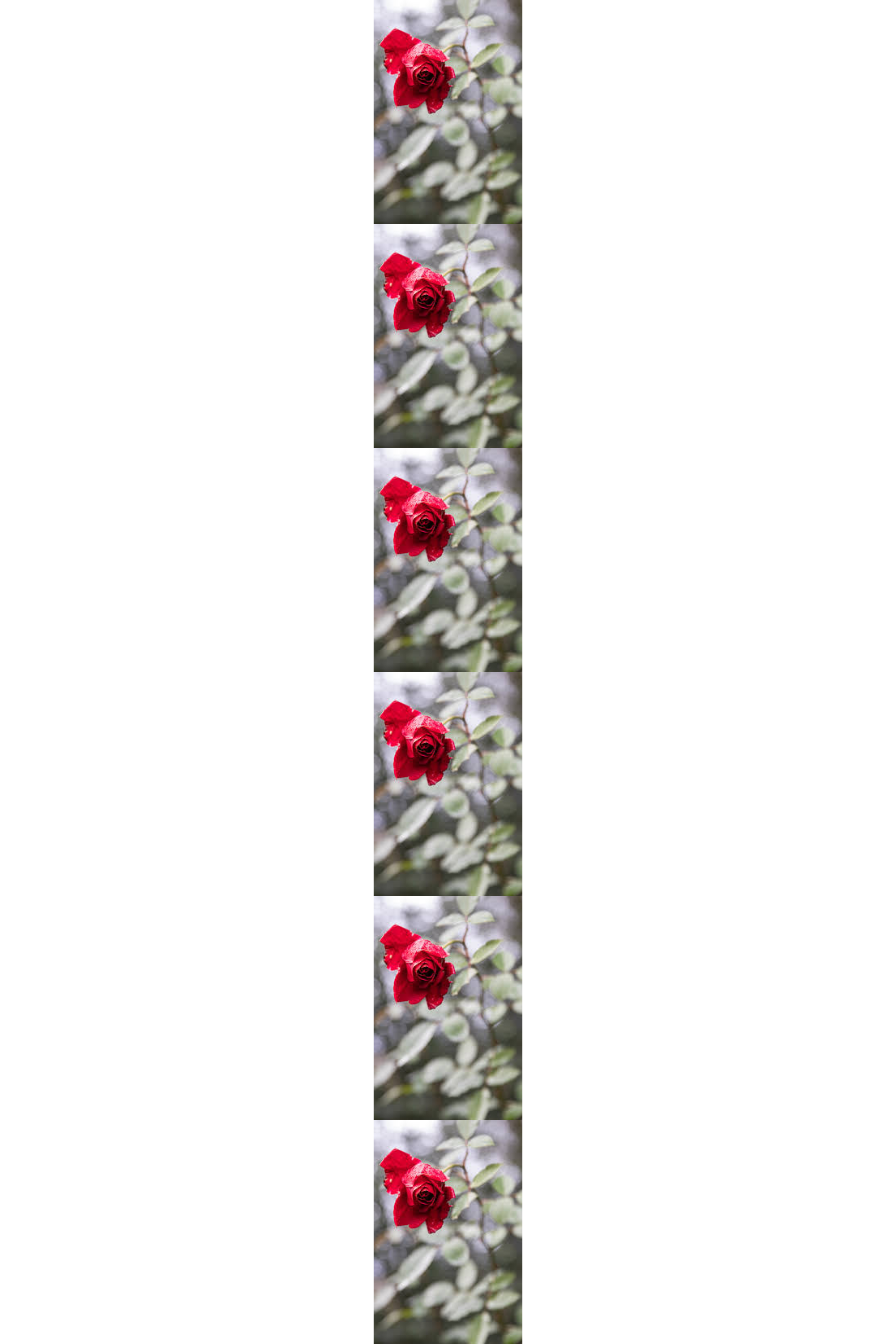
Repository: vakharia5/Preview
Page: /
An editor plug-in stored every save of this project. The page is shown before and after the next save, followed by the edit.
The browser window is 1280 px wide. The pictures show the part of the page from y = 0 to 1920 px (the page is 2620 px tall before and 2628 px after), at 70% of full size.
The project was rebuilt for these pictures with package versions that can differ from the ones it lists, and the page was loaded fresh each time.

Above is the page before, as saved 2020-06-22 14:34:47.

After the next save:
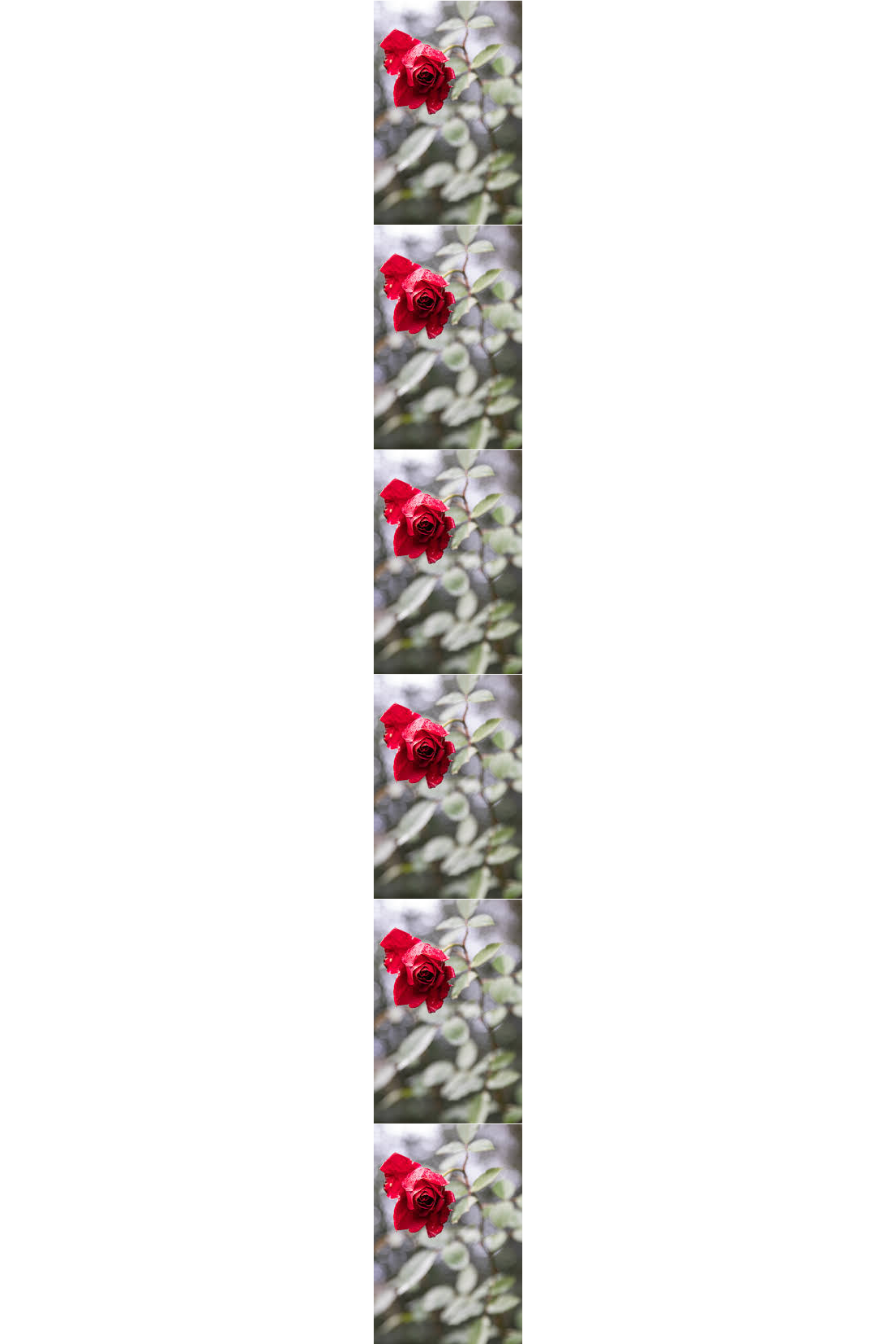
Saved 58 s later.
--- a/src/assets/css/Style.css
+++ b/src/assets/css/Style.css
@@ -1,5 +1,6 @@
 .card{
     height: 20rem;
+    margin: 1px;
 }
 
 .cardImage {
